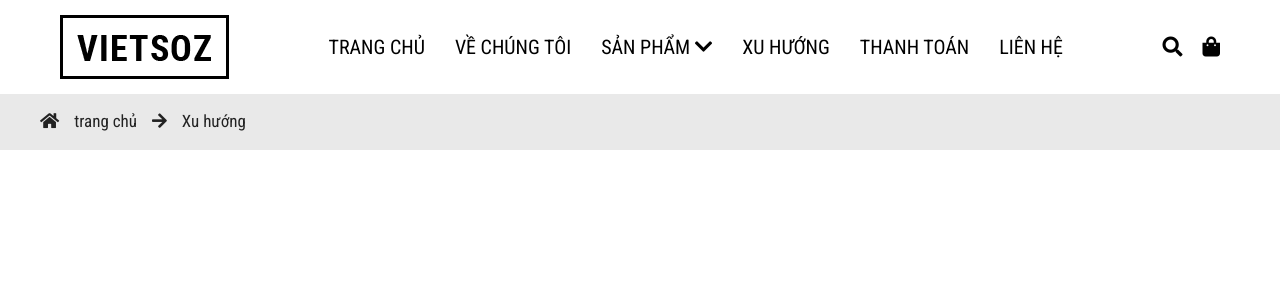
Repository: vinhtk0209/Vietsoz-reponsive
Page: index.html
An editor plug-in stored every save of this project. The page is shown before and after a run of saves, followed by the edit.
The browser window is 1280 px wide. The pictures show the whole page.

Above is the page before, as saved 2021-10-23 17:16:41.

After the next 2 saves:
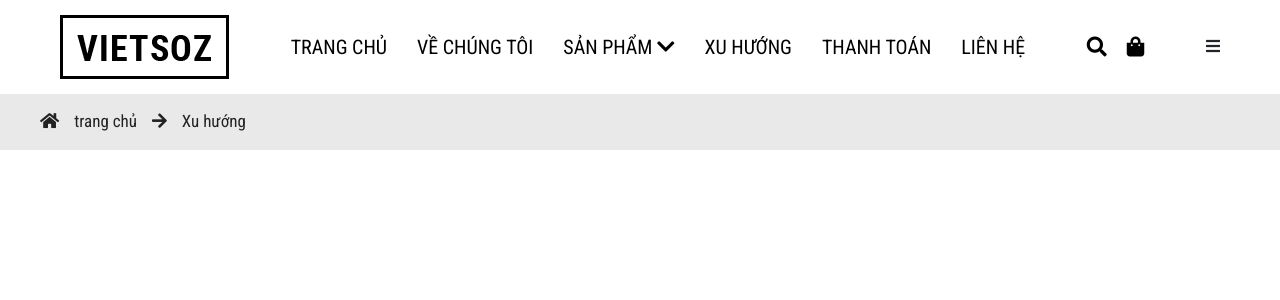
The 2 saves are shown as one change because they came seconds apart.
The last was saved 3 min 0 s later.
--- a/assets/css/main.css
+++ b/assets/css/main.css
@@ -68,6 +68,7 @@
 }
 .nav-bar{
     display: none
+    fs20
 }
 
 

After the save that followed:
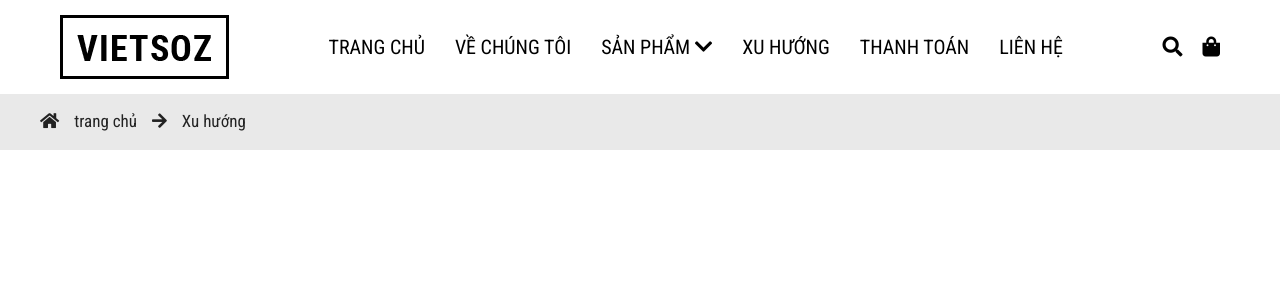
Saved 4 s later.
--- a/assets/css/main.css
+++ b/assets/css/main.css
@@ -67,7 +67,7 @@
     font-size: 25px;
 }
 .nav-bar{
-    display: none
+    display: none;
     fs20
 }
 
